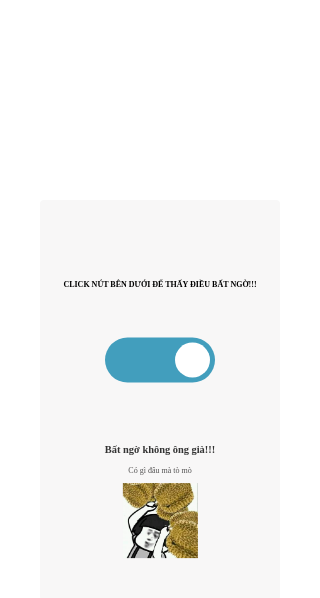
Repository: haokiet2501/troll-my-react
Page: /, after clicking the first element matching `div.toggle-center`
An editor plug-in stored every save of this project. The page is shown before and after the next save, followed by the edit.
The browser window is 320 px wide. The pictures show the whole page.
The project was rebuilt for these pictures with package versions that can differ from the ones it lists, and the page was loaded fresh each time.

Above is the page before, as saved 2022-07-30 23:40:18.

After the next save:
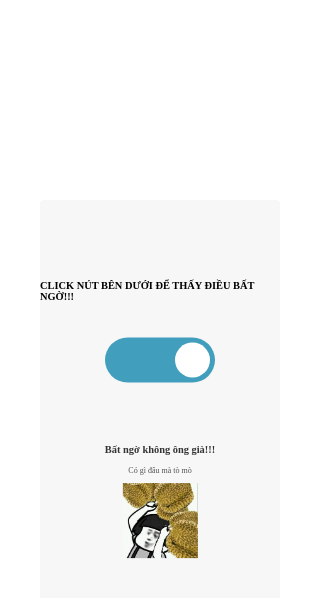
Saved 8 s later.
--- a/src/index.css
+++ b/src/index.css
@@ -100,7 +100,7 @@ p {
   }
 
   .toggle-title {
-    font-size: 0.5rem;
+    font-size: 0.65rem;
   }
 
   h3 {
